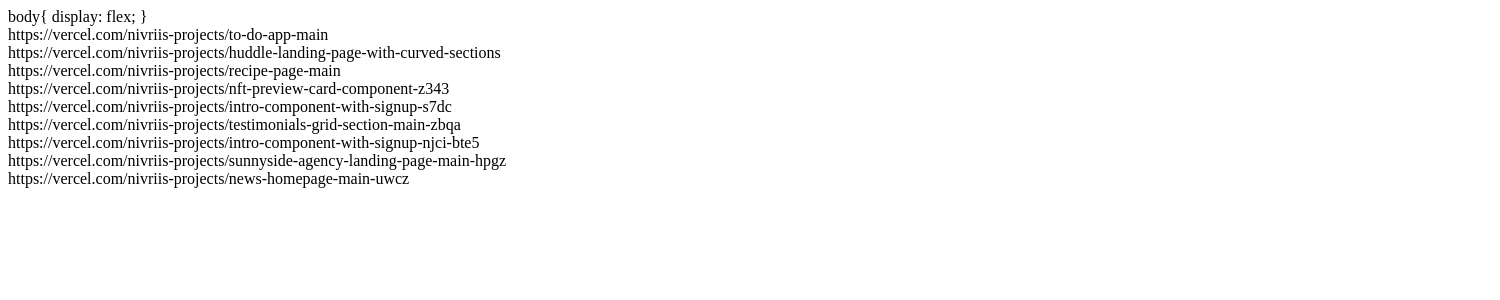
Repository: nivrii/links
Page: links.html
An editor plug-in stored every save of this project. The page is shown before and after the next save, followed by the edit.
The browser window is 1280 px wide. The page is 1280 px wide, then 1500 px, so the pictures cover 1500 px, including what lies to the right of the window. The pictures show the whole page.

Above is the page before, as saved 2024-07-06 20:41:13.

### links.html
<!DOCTYPE html>
<html lang="en">
<head>
  <meta charset="UTF-8">
  <meta name="viewport" content="width=device-width, initial-scale=1.0">
  <title>Links</title>
  <styles>
    body{
      display: flex;

    }
  </styles>
</head>
<body>
  <div>https://vercel.com/nivriis-projects/to-do-app-main</div>
  <div>https://vercel.com/nivriis-projects/huddle-landing-page-with-curved-sections</div>
  <div>https://vercel.com/nivriis-projects/recipe-page-main</div>
  <div>https://vercel.com/nivriis-projects/nft-preview-card-component-z343</div>
  <div>https://vercel.com/nivriis-projects/intro-component-with-signup-s7dc</div>
  <div>https://vercel.com/nivriis-projects/testimonials-grid-section-main-zbqa</div>
  <div>https://vercel.com/nivriis-projects/intro-component-with-signup-njci-bte5</div>
  <div>https://vercel.com/nivriis-projects/sunnyside-agency-landing-page-main-hpgz</div>
  <div>https://vercel.com/nivriis-projects/news-homepage-main-uwcz</div>
</body>
</html>

After the next save:
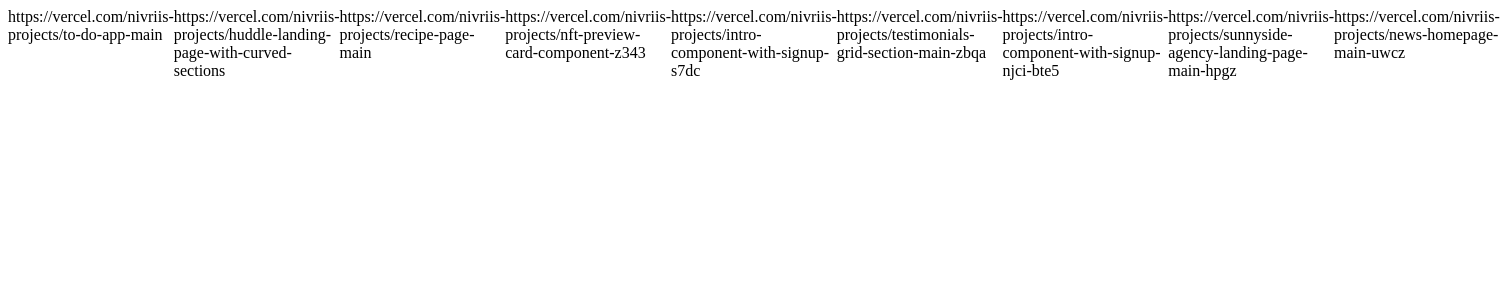
Saved 95 s later.
--- a/links.html
+++ b/links.html
@@ -4,12 +4,12 @@
   <meta charset="UTF-8">
   <meta name="viewport" content="width=device-width, initial-scale=1.0">
   <title>Links</title>
-  <styles>
+  <style>
     body{
       display: flex;
 
     }
-  </styles>
+  </style>
 </head>
 <body>
   <div>https://vercel.com/nivriis-projects/to-do-app-main</div>
